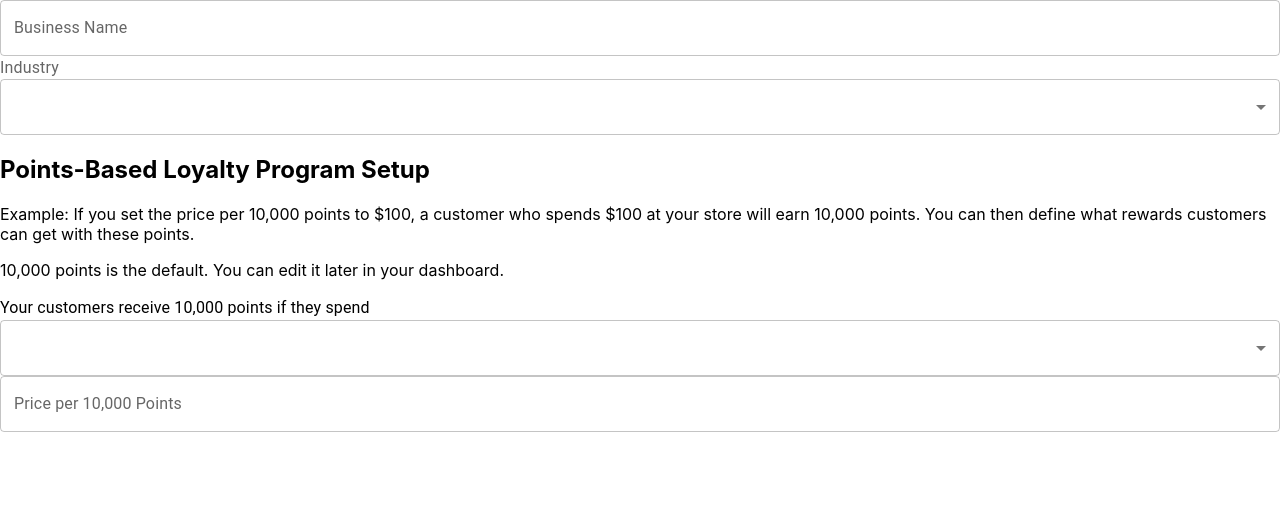
Repository: Armstrong2035/loyaltyTrackr
Page: /onboarding (app in loyalty-trackr/)
These files come from the project's save history. The page is drawn as it stood at one moment and after the next save; the edit follows.
The browser window is 1280 px wide. The pictures show the whole page.
The project was rebuilt for these pictures with package versions that can differ from the ones it lists, and the page was loaded fresh each time. Also part of the build but not shown: loyalty-trackr/src/firebase.js, loyalty-trackr/src/Authentication/Signup.js, loyalty-trackr/src/Home/Home.js, loyalty-trackr/src/Authentication/Login.js.

Above is the page before, as saved 2024-06-06 18:22:50.

After the next save:
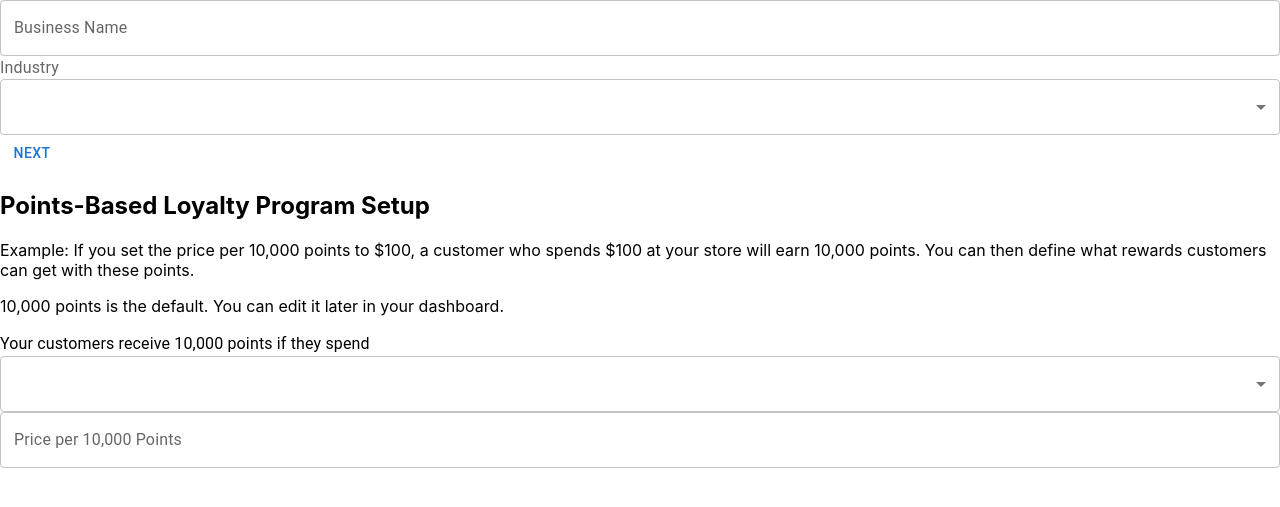
Saved 6 min 16 s later.
--- a/loyalty-trackr/src/Onboarding/BusinessDetails/BusinessDetails.js
+++ b/loyalty-trackr/src/Onboarding/BusinessDetails/BusinessDetails.js
@@ -1,5 +1,6 @@
 import React, { useState } from "react";
 import {
+  Button,
   FormGroup,
   InputLabel,
   MenuItem,
@@ -45,7 +46,7 @@ export const BusinessDetails = () => {
 
         <InputLabel id="industry">Industry</InputLabel>
         <Select
-          id="demo-simple-select"
+          id="select-industry"
           value={industry}
           label="Industry"
           onChange={handleIndustryChange}
@@ -55,6 +56,8 @@ export const BusinessDetails = () => {
           ))}
         </Select>
       </FormGroup>
+
+      <Button>Next</Button>
     </div>
   );
 };
